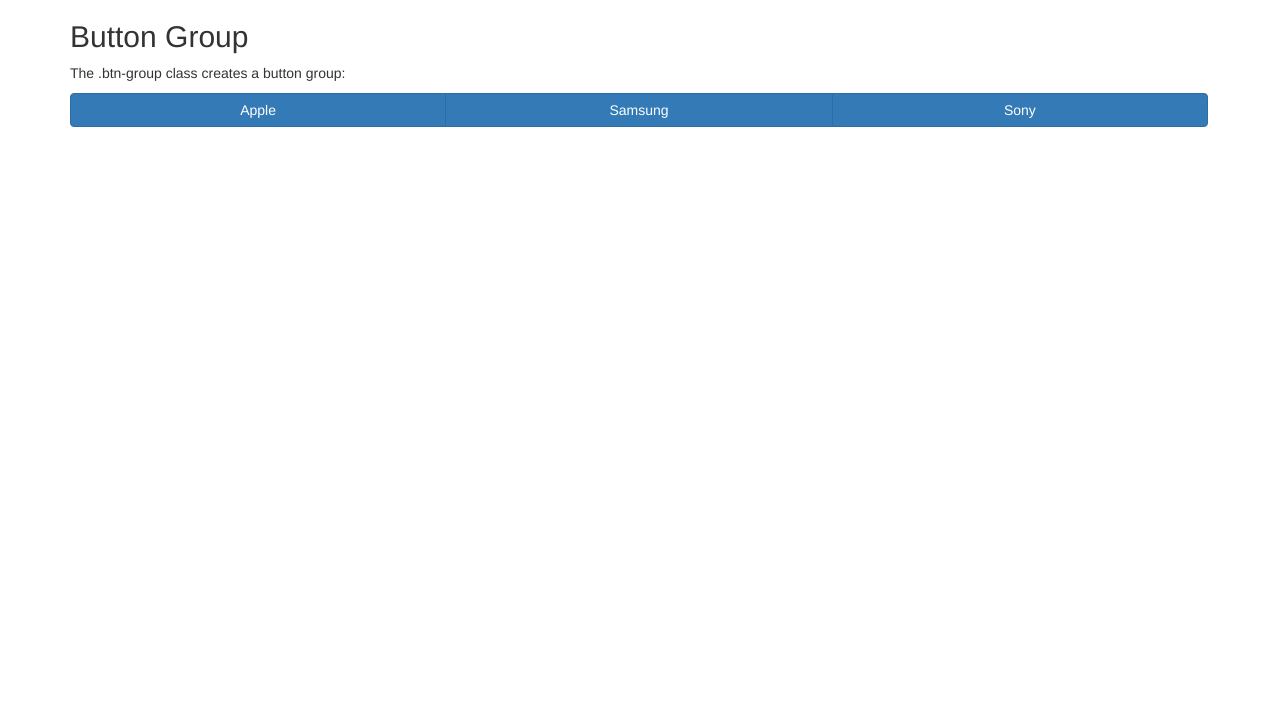
Repository: rsusolutions/RSU-Website
Page: quiz/index2.html
An editor plug-in stored every save of this project. The page is shown before and after the next save, followed by the edit.
The browser window is 1280 px wide. The pictures show the whole page.

Above is the page before, as saved 2020-04-21 13:28:32.

### quiz/index2.html
<!DOCTYPE html>
<html lang="en">
<head>
  <title>Bootstrap Example</title>
  <meta charset="utf-8">
  <meta name="viewport" content="width=device-width, initial-scale=1">
  <link rel="stylesheet" href="https://maxcdn.bootstrapcdn.com/bootstrap/3.4.1/css/bootstrap.min.css">
  <script src="https://ajax.googleapis.com/ajax/libs/jquery/3.4.1/jquery.min.js"></script>
  <script src="https://maxcdn.bootstrapcdn.com/bootstrap/3.4.1/js/bootstrap.min.js"></script>
</head>
<body>

<div class="container">
  <h2>Button Group</h2>
  <p>The .btn-group class creates a button group:</p>
  <div class="btn-group btn-block">
    <button type="button " style="width: 33%;" class="btn btn-primary ">Apple</button>
    <button type="button" style="width: 34%;" class="btn btn-primary ">Samsung</button>
    <button type="button" style="width: 33%;" class="btn btn-primary ">Sony</button>
  </div>
</div>

</body>
</html>

After the next save:
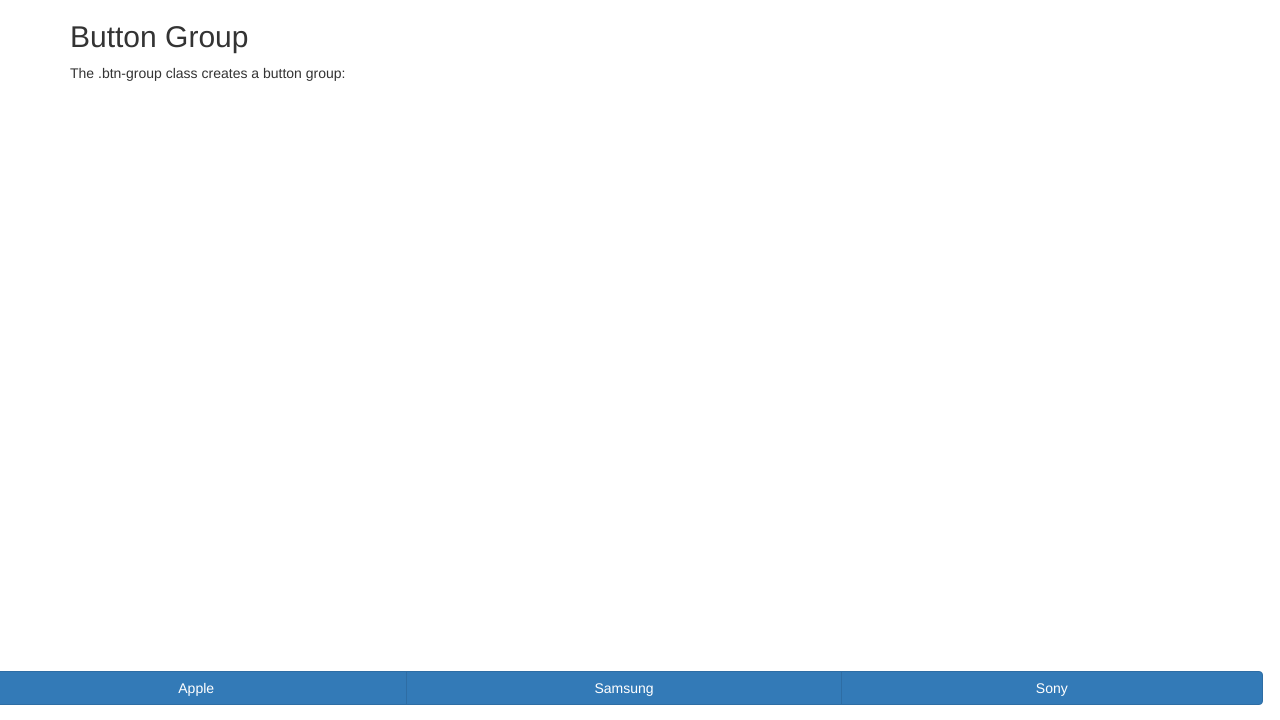
Saved 59 s later.
--- a/quiz/index2.html
+++ b/quiz/index2.html
@@ -8,6 +8,13 @@
   <script src="https://ajax.googleapis.com/ajax/libs/jquery/3.4.1/jquery.min.js"></script>
   <script src="https://maxcdn.bootstrapcdn.com/bootstrap/3.4.1/js/bootstrap.min.js"></script>
 </head>
+<style>
+    .btn-group {
+  position: absolute;
+  right: 15px;
+  bottom: 15px;
+}
+</style>
 <body>
 
 <div class="container">
